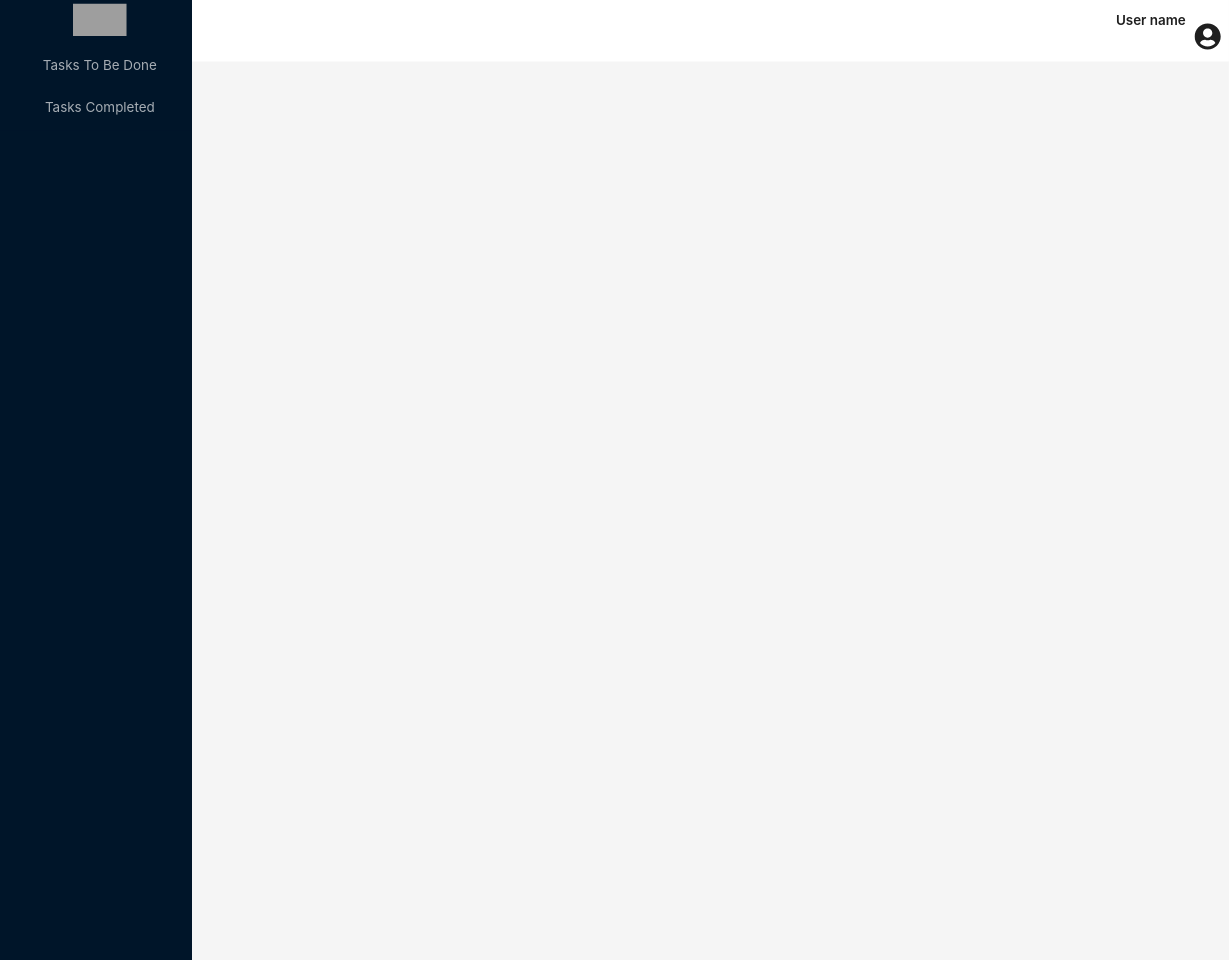
Repository: runner855/todolist_new
Page: /
An editor plug-in stored every save of this project. The page is shown before and after the next save, followed by the edit.
The browser window is 1280 px wide. The pictures show the whole page, at 96% of full size.
Pictures or frames that could not be fetched are drawn as grey boxes. The project was rebuilt for these pictures with package versions that can differ from the ones it lists, and the page was loaded fresh each time.

Above is the page before, as saved 2023-03-19 18:48:28.

After the next save:
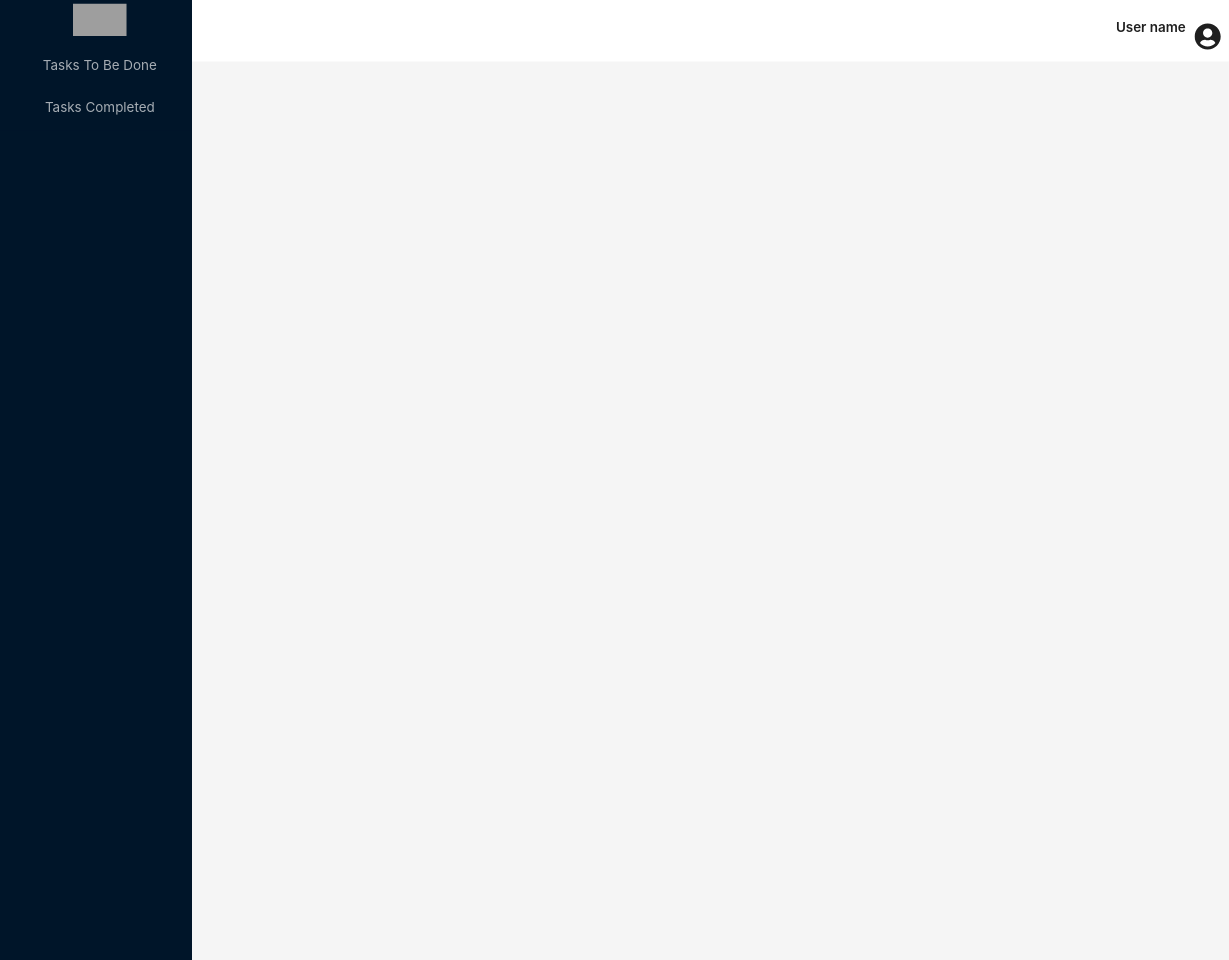
Saved 5 s later.
--- a/src/components/NavBar/NavBar.css
+++ b/src/components/NavBar/NavBar.css
@@ -22,7 +22,7 @@
 }
 
 .user_text {
-  line-height: 1;
+  line-height: 2;
   font-weight: 600;
 }
 
